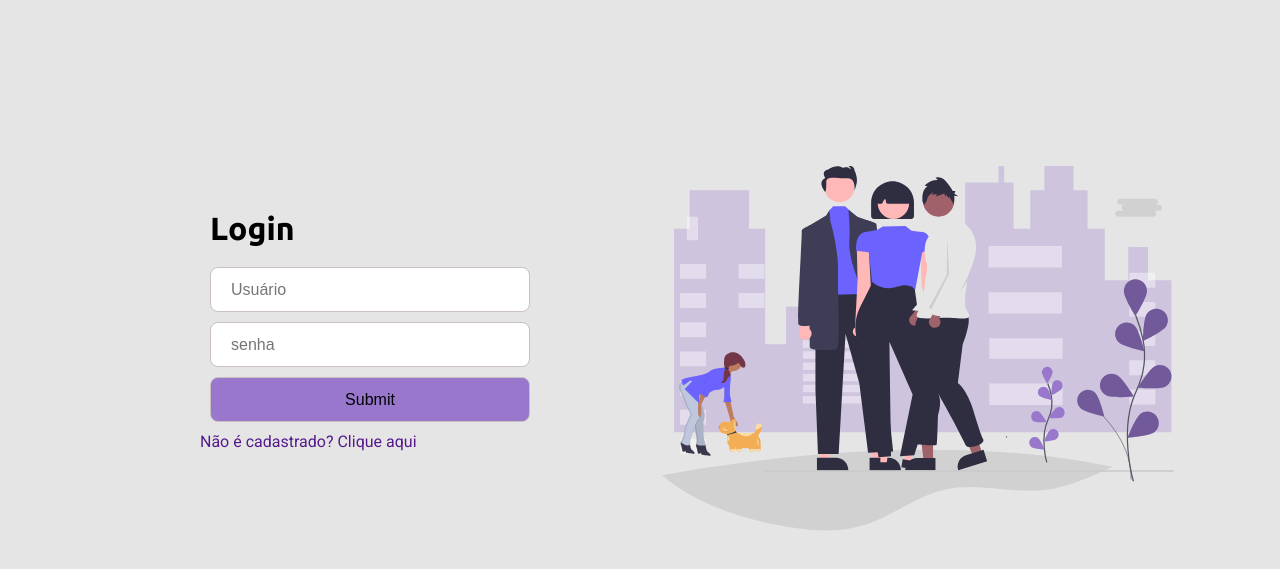
Repository: Dirlandia404/Casos
Page: src/pages/login.html
The author's editor kept a copy of each file at every save. The page is drawn from the files as they stood at one save, then again after the next save.
The browser window is 1280 px wide. The pictures show the whole page.

Above is the page before, as saved 2021-07-13 17:33:50.

After the next save:
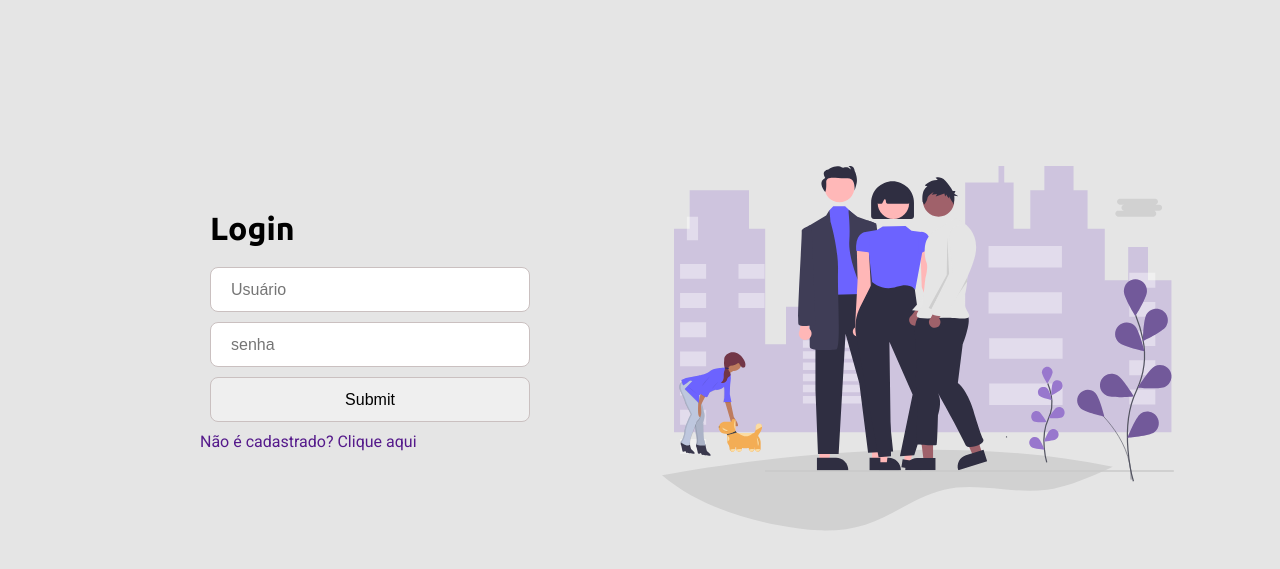
Saved 46 s later.
--- a/src/pages/login.html
+++ b/src/pages/login.html
@@ -22,7 +22,7 @@
         <form action="">
             <input type="text" placeholder="Usuário">
             <input type="password" placeholder="senha">
-            <input type="submit" placeholder="Entrar" style="background: #9877CD;">
+            <input type="submit" placeholder="Entrar" >
 
             <a href="">Não é cadastrado? Clique aqui</a>
         </form>

After the save that followed:
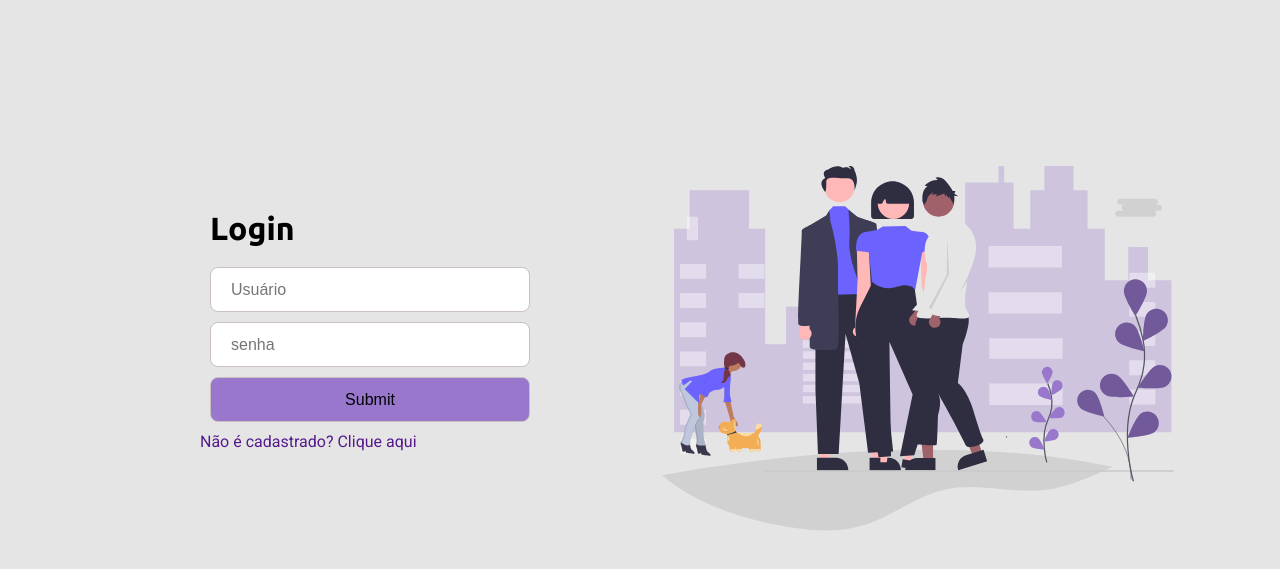
Saved 5 s later.
--- a/src/pages/login.html
+++ b/src/pages/login.html
@@ -22,7 +22,7 @@
         <form action="">
             <input type="text" placeholder="Usuário">
             <input type="password" placeholder="senha">
-            <input type="submit" placeholder="Entrar" >
+            <input type="submit" placeholder="Entrar" style="background: #9877CD;">
 
             <a href="">Não é cadastrado? Clique aqui</a>
         </form>
